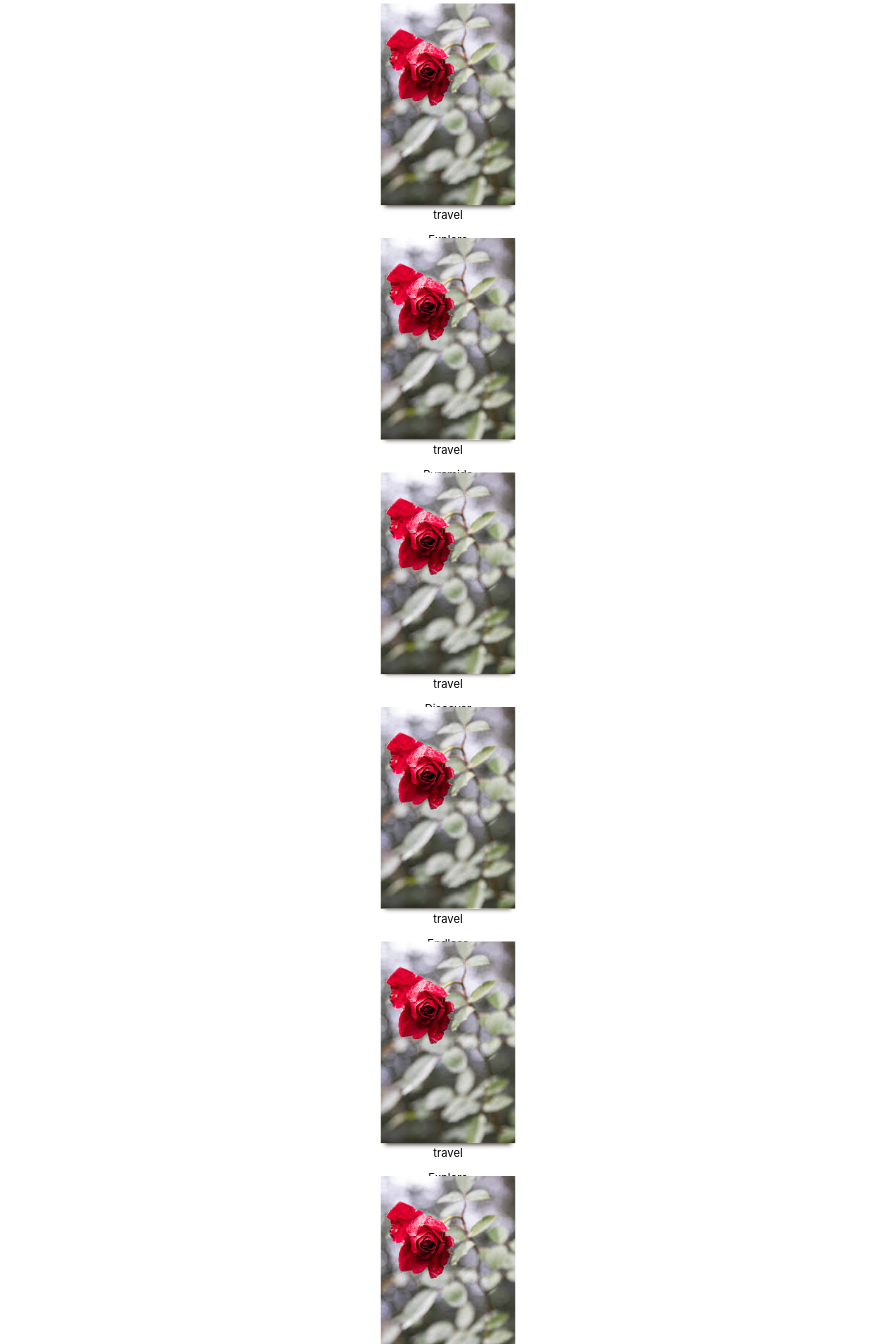
Repository: vakharia5/Preview
Page: /
The author's editor kept a copy of each file at every save. The page is drawn from the files as they stood at one save, then again after the next save.
The browser window is 1280 px wide. The pictures show the part of the page from y = 0 to 1920 px (the page is 2698 px tall), at 70% of full size.
The project was rebuilt for these pictures with package versions that can differ from the ones it lists, and the page was loaded fresh each time.

Above is the page before, as saved 2020-06-22 15:20:19.

After the next save:
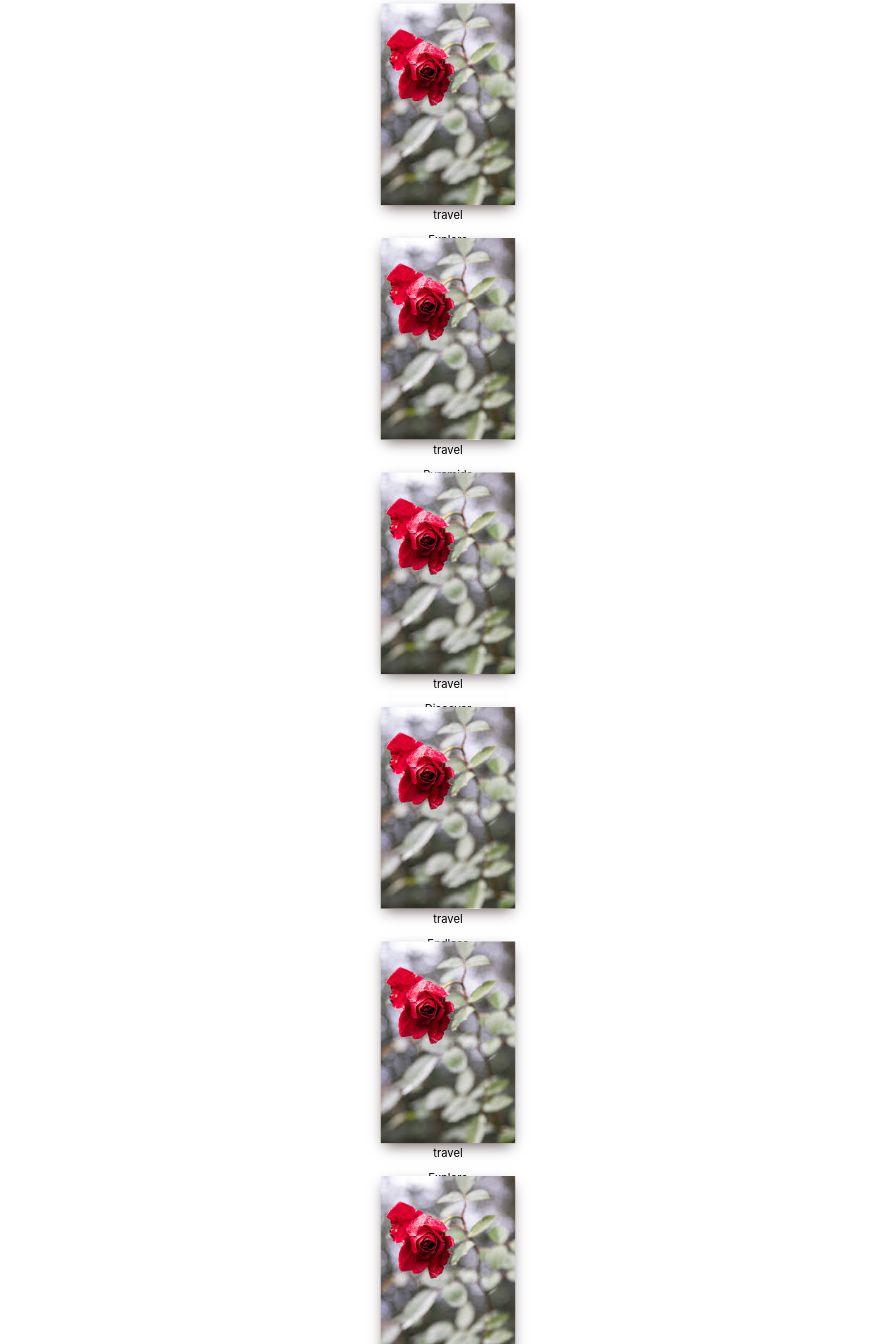
Saved 37 s later.
--- a/src/assets/css/Style.css
+++ b/src/assets/css/Style.css
@@ -8,7 +8,7 @@
 
 .Image {
     height: 18rem;
-    box-shadow: 0 8px 6px -6px #615151;
+    box-shadow: 0 8px 20px -6px #615151;
 
 }
 
